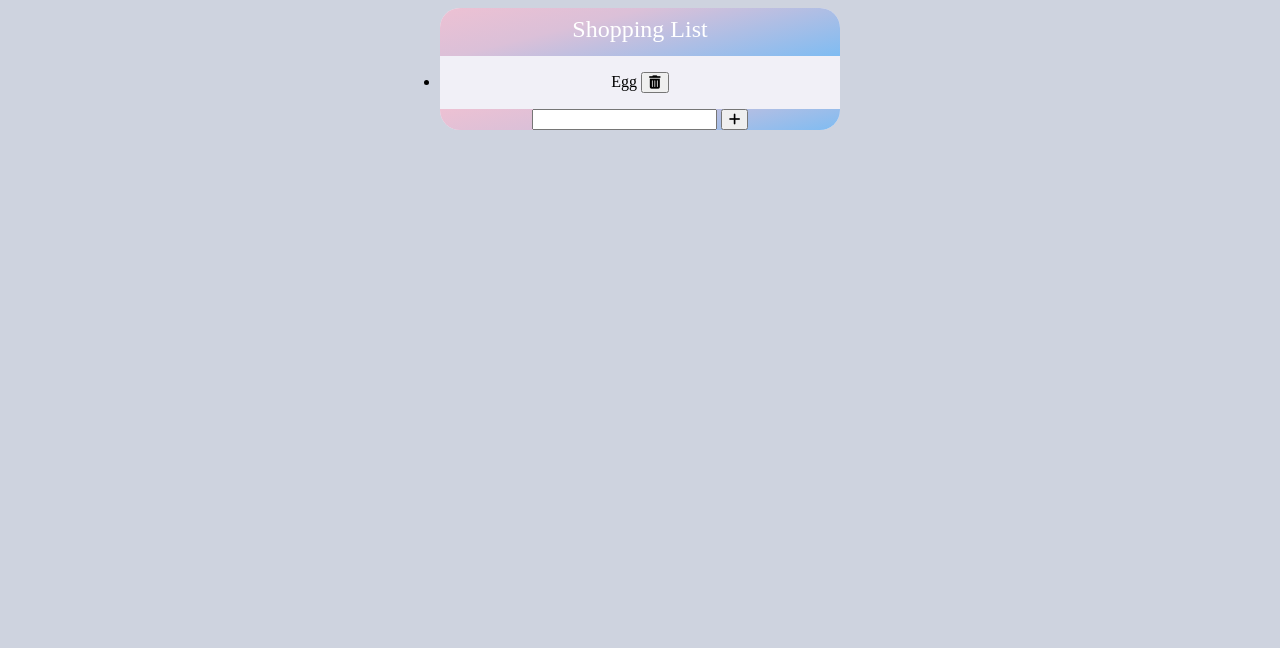
Repository: rumor1993/DreamCoding-Browser101
Page: Chapter05/index.html
These files come from the project's save history. The page is drawn as it stood at one moment and after the next save; the edit follows.
The browser window is 1280 px wide. The pictures show the whole page.
Some web libraries are served in a nearby version.

Above is the page before, as saved 2020-12-30 12:26:34.

### Chapter05/index.html
<!DOCTYPE html>
<html lang="en">
  <head>
    <meta charset="UTF-8" />
    <meta name="viewport" content="width=device-width, initial-scale=1.0" />
    <title>Shopping List</title>
    <link rel="stylesheet" href="style.css" />
    <script src="main.js"></script>
    <script src="https://kit.fontawesome.com/86c035f01d.js" crossorigin="anonymous"></script>
  </head>
  <body>
    <section class="list">
      <header class="header">Shopping List</header>
      <ul class="items">
        <li class="item-row">
          <div class="item">
            <span class="item-name">Egg</span>
            <button class="item-delete">
              <i class="fas fa-trash-alt"></i>
            </button>
          </div>
        </li>
      </ul>
      <footer class="footer">
        <input type="text" class="footer-input" />
        <button class="footer-button">
          <i class="fas fa-plus"></i>
        </button>
      </footer>
    </section>
  </body>
</html>

### Chapter05/style.css
* {
  box-sizing: border-box;
}

ul {
  padding: 0;
}

body {
  background-color: #ced3df;
  text-align: center;
}

.list {
  width: 400px;
  margin: auto;
  background-color: #f1f0f7;
  border-radius: 20px;
}

.header {
  height: 48px;
  padding: 8px;
  font-size: 24px;
  background: rgba(237, 193, 211);
  background: linear-gradient(166deg, rgba(237, 193, 211, 1) 0%, rgba(219, 192, 216, 1) 35%, rgba(127, 188, 242, 1) 100%);
  border-radius: 20px 20px 0 0;
  color: white;
}

.footer {
  background: rgba(237, 193, 211);
  background: linear-gradient(166deg, rgba(237, 193, 211, 1) 0%, rgba(219, 192, 216, 1) 35%, rgba(127, 188, 242, 1) 100%);
  border-radius: 0 0 20px 20px;
}

Loaded but not shown: Chapter05/main.js (no stored copy; drawn as an empty file)

After the next save:
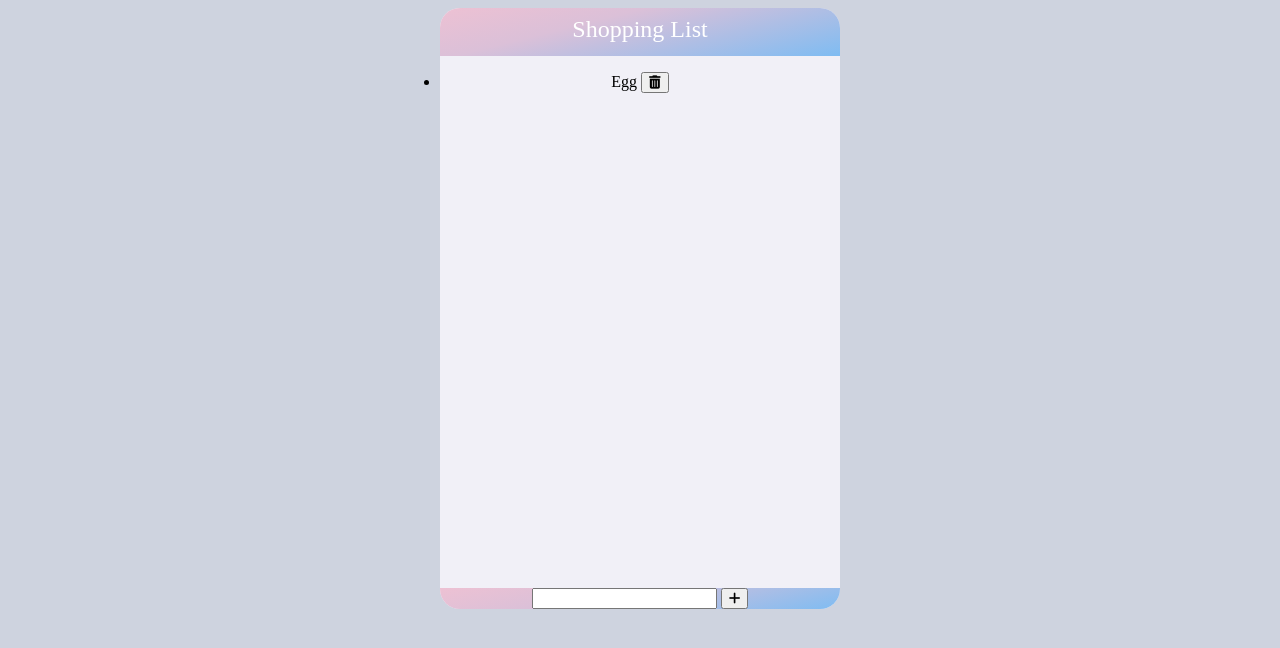
Saved 26 s later.
--- a/Chapter05/style.css
+++ b/Chapter05/style.css
@@ -28,6 +28,10 @@ body {
   color: white;
 }
 
+.items {
+  height: 500px;
+}
+
 .footer {
   background: rgba(237, 193, 211);
   background: linear-gradient(166deg, rgba(237, 193, 211, 1) 0%, rgba(219, 192, 216, 1) 35%, rgba(127, 188, 242, 1) 100%);
